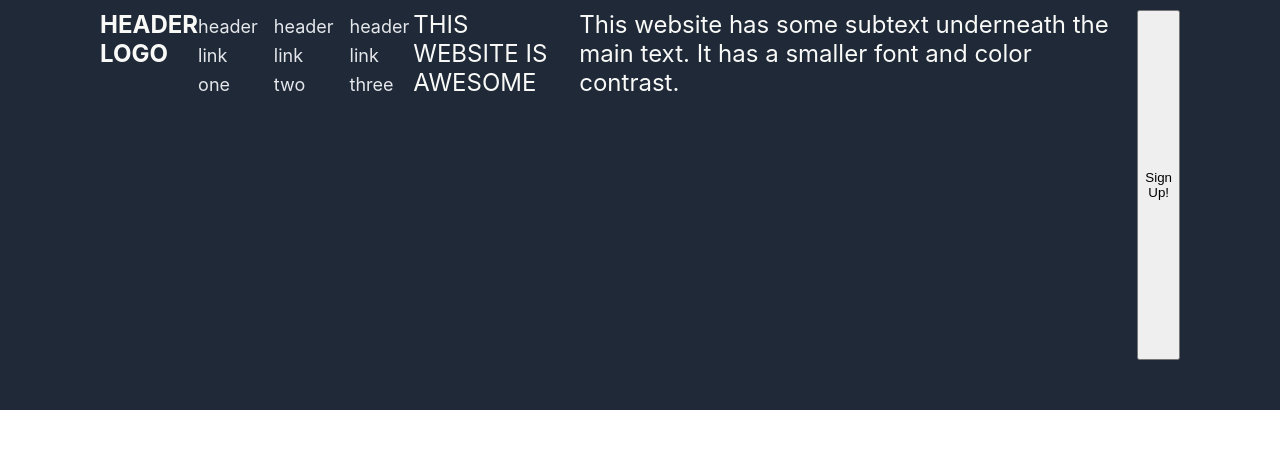
Repository: bbrockbrown/landing-page
Page: index.html
An editor plug-in stored every save of this project. The page is shown before and after the next save, followed by the edit.
The browser window is 1280 px wide. The pictures show the whole page.

Above is the page before, as saved 2024-07-24 11:37:49.

### index.html
<!DOCTYPE html>
<html lang="en">
<head>
    <meta charset="UTF-8">
    <meta name="viewport" content="width=device-width, initial-scale=1.0">
    <link rel="stylesheet" href="styles.css">
    <title>Landing Page</title>
</head>
<body>

    <div class="header">
        <div class="upper-header">
            <div class="logo" style="font-weight: bolder">HEADER LOGO</div>
            <ul class="header-links">
                <li><a href="https://www.google.com/" target="_blank">header link one</a></li>
                <li><a href="https://www.google.com/" target="_blank">header link two</a></li>
                <li><a href="https://www.google.com/" target="_blank">header link three</a></li>
            </ul>
        </div>

        <div class="header-content">
            <div class="awesome-text">
                THIS WEBSITE IS AWESOME
            </div>
            <div class="subtext">
                This website has some subtext underneath the main text.
                It has a smaller font and color contrast.
            </div>
            <button>Sign Up!</button>
        </div>
    </div>




    <div class="body">
        <div class="box-container">

        </div>

        <div class="quote-container">

        </div>
    </div>

    <div class="sign-up">

    </div>

    <div class="footer">

    </div>

</body>
</html>

### styles.css
body {
    font-family: -apple-system, BlinkMacSystemFont, 'Segoe UI', Roboto, Oxygen, Ubuntu, Cantarell, 'Open Sans', 'Helvetica Neue', sans-serif;
    margin: 0;
    min-height: 100vh;
    display: flex;
    flex-direction: column;
}

.header {
    background-color: #1F2937;
    font-size: 24px;
    color: #F9FAF8;
    display: flex;
    padding: 10px 100px 50px 100px;
    height: 350px;
    flex-direction: row;
}

.upper-header {
    display: flex;
    justify-content: space-between;
}

.header-content {
    display: flex;
}

ul {
    margin: 0;
    padding: 0;
    list-style: none;
    display: flex;
    gap: 16px;
}

a {
    text-decoration: none;
    font-size: 18px;
    color: #E5E7EB;
}


.body {
    display: flex;
    flex: 1;
}

After the next save:
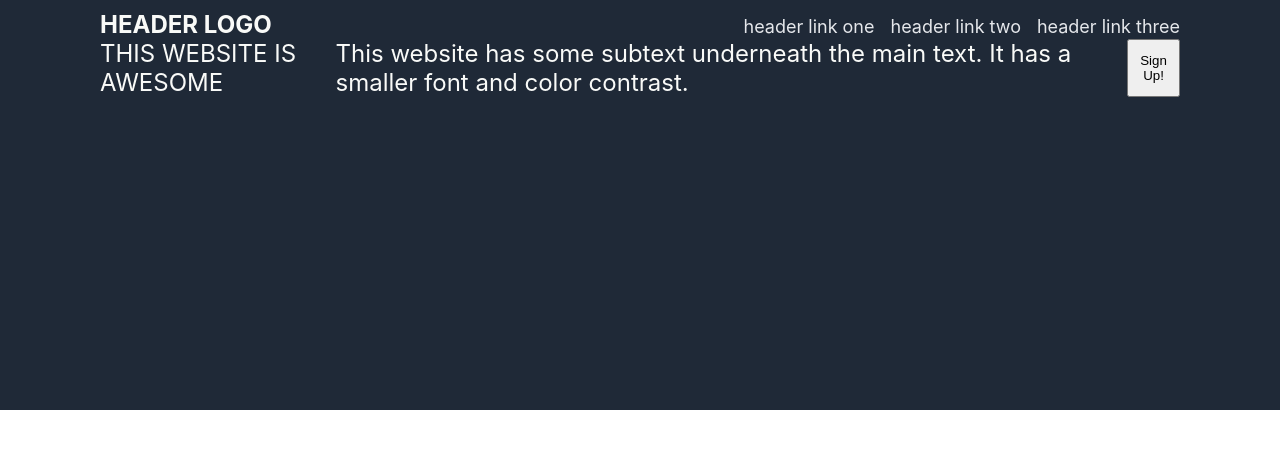
Saved 5 s later.
--- a/styles.css
+++ b/styles.css
@@ -13,7 +13,7 @@ body {
     display: flex;
     padding: 10px 100px 50px 100px;
     height: 350px;
-    flex-direction: row;
+    flex-direction: column;
 }
 
 .upper-header {
